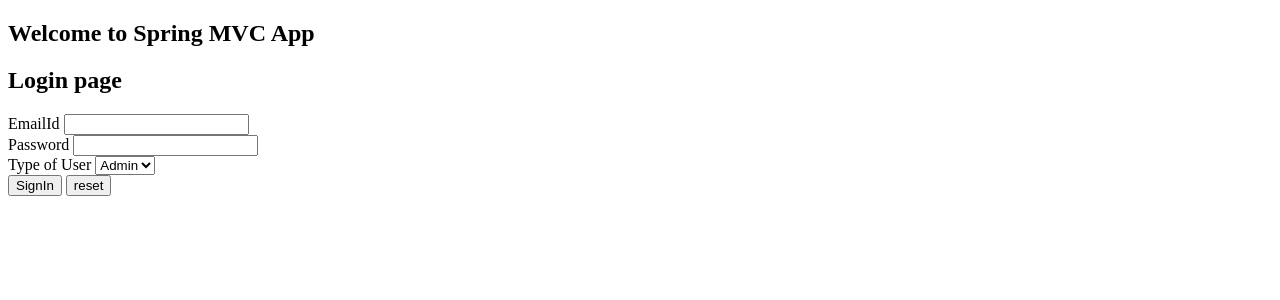
Repository: Prieena/cgi_java_training
Page: http://localhost/LoginApp_Assignment2/login
These files come from the project's save history. The page is drawn as it stood at one moment and after the next save; the edit follows.
The browser window is 1280 px wide. The pictures show the whole page.
The page is served by Tomcat 9.

Above is the page before, as saved 2024-09-27 15:35:38.

### spring-mvc/LoginApp_Assignment2/src/main/webapp/WEB-INF/dispatcher-servlet.xml
<?xml version="1.0" encoding="UTF-8"?>
<beans xmlns="http://www.springframework.org/schema/beans"
	xmlns:xsi="http://www.w3.org/2001/XMLSchema-instance"
	xmlns:context="http://www.springframework.org/schema/context"
	xsi:schemaLocation="http://www.springframework.org/schema/beans http://www.springframework.org/schema/beans/spring-beans.xsd
		http://www.springframework.org/schema/context http://www.springframework.org/schema/context/spring-context-4.0.xsd">
<!--  To enable @Controller annotation -->
<context:component-scan base-package="com"></context:component-scan>

<bean class="org.springframework.jdbc.datasource.DriverManagerDataSource" id="ds" scope="singleton">
	<property name="driverClassName" value="com.mysql.cj.jdbc.Driver"></property>
	<property name="url" value="jdbc:mysql://localhost:3306/cgi_db"></property>
	<property name="username" value="root"></property>
	<property name="password" value="root@123"></property>

</bean>

<bean class="org.springframework.jdbc.core.JdbcTemplate" id="jdbcTemplate" scope="singleton" >
	<property name="dataSource" ref="ds"></property>
</bean>

</beans>

### spring-mvc/LoginApp_Assignment2/src/main/webapp/login.jsp
<%@ page language="java" contentType="text/html; charset=UTF-8"
    pageEncoding="UTF-8"%>
<!DOCTYPE html>
<html>
<head>
<meta charset="UTF-8">
<title>Insert title here</title>
</head>
<body>
	<h2>Welcome to Spring MVC App </h2>
	<h2>Login page</h2>
	<form action="loginuser" method="post">
	<label>EmailId</label>
	<input type="email" name="emailid"/><br/>
	<label>Password</label>
	<input type="password" name="password"/><br/>
	<label>Type of User</label>
	<select name="typeofuser">
		<option value="admin">Admin</option>
		<option value="user">User</option>
	</select><br/>
	<input type="submit" value="SignIn"/>
	<input type="reset" value="reset"/>
	</form>
</body>
</html>

### spring-mvc/LoginApp_Assignment2/src/main/java/com/bean/User.java
package com.bean;

import org.springframework.context.annotation.Scope;
import org.springframework.stereotype.Component;

@Component
@Scope("prototype")
public class User {

	private String emailId;
	public User(String emailId, String password, String typeOfUser) {
		super();
		this.emailId = emailId;
		this.password = password;
		this.typeOfUser = typeOfUser;
	}
	public User() {
		super();
		// TODO Auto-generated constructor stub
	}
	public String getEmailId() {
		return emailId;
	}
	public void setEmailId(String emailId) {
		this.emailId = emailId;
	}
	public String getPassword() {
		return password;
	}
	public void setPassword(String password) {
		this.password = password;
	}
	public String getTypeOfUser() {
		return typeOfUser;
	}
	public void setTypeOfUser(String typeOfUser) {
		this.typeOfUser = typeOfUser;
	}
	private String password;
	private String typeOfUser;
}

### spring-mvc/LoginApp_Assignment2/src/main/java/com/controller/MyController.java
package com.controller;

import javax.servlet.http.HttpServletRequest;

import org.springframework.beans.factory.annotation.Autowired;
import org.springframework.stereotype.Controller;
import org.springframework.web.bind.annotation.RequestMapping;
import org.springframework.web.bind.annotation.RequestMethod;
import org.springframework.web.servlet.ModelAndView;

import com.bean.User;
import com.service.LoginService;

@Controller
public class MyController {

	@Autowired
	LoginService loginService;

	@Autowired
	User user;

	@RequestMapping(value = "login",method = RequestMethod.GET)
	public ModelAndView sayHello() {
		System.out.println("I Came Here in hello method");
		ModelAndView mav = new ModelAndView();
		mav.setViewName("login.jsp");
		return mav;
	}

	@RequestMapping(value = "signup")
	public ModelAndView sayHi() {
		System.out.println("I Came Here in hi method");
		ModelAndView mav = new ModelAndView();
		mav.setViewName("signup.jsp");
		return mav;
	}

	@RequestMapping(value = "loginuser",method = RequestMethod.POST)  // di for request object
	public ModelAndView loginUser(HttpServletRequest req) {
		String emailid = req.getParameter("emailid");
		String password = req.getParameter("password");
		String typeOfUser = req.getParameter("typeofuser");
		user.setEmailId(emailid);
		user.setPassword(password);
		user.setTypeOfUser(typeOfUser);
		ModelAndView mav = new ModelAndView();
		if(loginService.loginUser(user) == 1) {
			mav.setViewName("userlogin.jsp");
		}else {
			mav.setViewName("userloginfail.jsp");
		}
		return mav;
	}

	@RequestMapping(value = "signupuser",method = RequestMethod.POST)  // di for request object
	public ModelAndView signUpUser(HttpServletRequest req) {
		String emailid = req.getParameter("emailid");
		String password = req.getParameter("password");
		String typeOfUser = req.getParameter("typeofuser");
		user.setEmailId(emailid);
		user.setPassword(password);
		user.setTypeOfUser(typeOfUser);
		ModelAndView mav = new ModelAndView();
		if(loginService.addUser(user) == 1) {
			mav.setViewName("usersignup.jsp");
		}else {
			mav.setViewName("usersignupfail.jsp");
		}
		return mav;
	}

}

### spring-mvc/LoginApp_Assignment2/src/main/java/com/dao/LoginDao.java
package com.dao;

import java.sql.ResultSet;
import java.sql.SQLException;
import java.util.List;

import org.springframework.beans.factory.annotation.Autowired;
import org.springframework.dao.DataAccessException;
import org.springframework.jdbc.core.JdbcTemplate;
import org.springframework.jdbc.core.ResultSetExtractor;
import org.springframework.jdbc.core.RowMapper;
import org.springframework.stereotype.Repository;

import com.bean.User;

@Repository
public class LoginDao {

	@Autowired
	JdbcTemplate jdbcTemplate;

	public int addUser(User user) {
		try {
			return jdbcTemplate.update("insert into login values(?,?,?)", user.getEmailId(),user.getPassword(),user.getTypeOfUser());
		} catch (Exception e) {
			System.err.println(e);
			return 0;
		}
	}

	public int getUsers(User user) {
		try {
			return jdbcTemplate.update("insert into login values(?,?,?)", user.getEmailId(),user.getPassword(),user.getTypeOfUser());
		} catch (Exception e) {
			System.err.println(e);
			return 0;
		}
	}

	public List<User> retrieveAllUsers() {
		try {
		//return jdbcTemplate.query("select * from product",new MyResultSetExtracter());
			return jdbcTemplate.query("select * from product", new MyRowMapper());
		} catch (Exception e) {
			System.err.println(e);
			return null;
		}
	}
}

class MyResultSetExtracter implements ResultSetExtractor<User>{
@Override
public User extractData(ResultSet rs) throws SQLException, DataAccessException {
	// TODO Auto-generated method stub
	return null;
}
}

// global while loop
class MyRowMapper implements RowMapper<User>{
	@Override
	public User mapRow(ResultSet rs, int rowNum) throws SQLException {
		User user = new User();
		user.setEmailId(rs.getString(1));
		user.setPassword(rs.getString(2));
		user.setTypeOfUser(rs.getString(3));
		return user;
	}
}

### spring-mvc/LoginApp_Assignment2/src/main/java/com/service/LoginService.java
package com.service;

import java.util.Iterator;
import java.util.List;

import org.springframework.beans.factory.annotation.Autowired;
import org.springframework.stereotype.Service;

import com.bean.User;
import com.dao.LoginDao;

@Service								// Service layer annotation
public class LoginService {
	//private ProductDao pd = new ProductDao();

	@Autowired
	LoginDao loginDao;

	public int addUser(User user) {
		if(!user.getEmailId().contains("@")) {
			return 0;
		}else if(loginDao.addUser(user)>0) {
			return 1;
		}else {
			return 0;
		}
	}

	public int loginUser(User user) {
		List<User> listOfUsers = loginDao.retrieveAllUsers();
		if(listOfUsers == null) {
			return 0;
		}
		boolean existingUser = listOfUsers.stream().anyMatch(userCheck -> userCheck.getEmailId() == user.getEmailId());
//		for (User userCheck: listOfUsers) {
//			if (userCheck.getEmailId() == user.getEmailId()) {
//				existingUser = true;
//				break;
//			}
//		}
		if (existingUser == true) {
			return 0;
		} else return 1;
	}


//	public List<Map<String,Object>> retrieveAllProductsAsListOfMap() {
//		return productDao.retrieveAllProductsAsListOfMap();
//	}


}

After the next save:
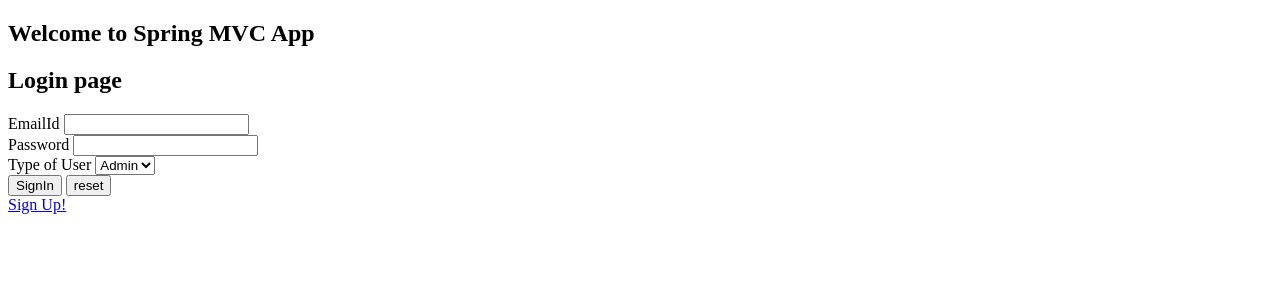
Saved 92 s later.
--- a/spring-mvc/LoginApp_Assignment2/src/main/webapp/login.jsp
+++ b/spring-mvc/LoginApp_Assignment2/src/main/webapp/login.jsp
@@ -22,5 +22,6 @@
 	<input type="submit" value="SignIn"/>
 	<input type="reset" value="reset"/>
 	</form>
+	<a href="signup">Sign Up!</a>
 </body>
 </html>
